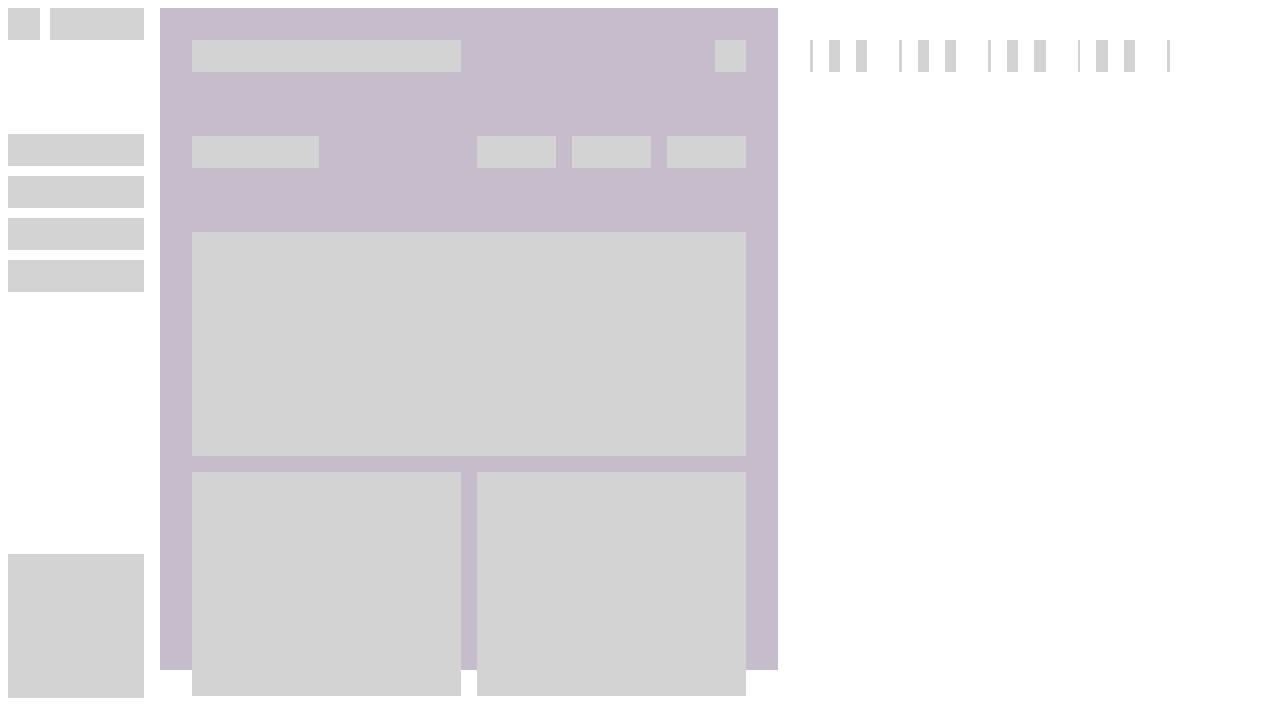
Repository: tr2cky/exercise2
Page: index.html
The author's editor kept a copy of each file at every save. The page is drawn from the files as they stood at one save, then again after the next save.
The browser window is 1280 px wide. The pictures show the whole page.

Above is the page before, as saved 2022-10-01 18:53:16.

### index.html
<!DOCTYPE html>
<html lang="en">

<head>
    <meta charset="UTF-8">
    <meta http-equiv="X-UA-Compatible" content="IE=edge">
    <meta name="viewport" content="width=device-width, initial-scale=1.0">
    <link rel="stylesheet" href="style.css">
    <title>Document</title>
</head>

<body>
    <div class="container">
        <div class="side1">
        <div id="box1"></div>
        <div id="box2"></div>
        <div id="box3"></div>
        <div id="box4"></div>
        <div id="box5"></div>
        <div id="box6"></div>
        <div id="box7"></div>
        <div id="box8"></div>
        </div>
        <main>
            <div id="boxa"></div>
            <div id="boxb"></div>
            <div id="boxc"></div>
            <div id="boxd"></div>
            <div id="boxe"></div>
            <div id="boxf"></div>
            <div id="boxg"></div>
            <div id="boxh"></div>
            <div id="boxj"></div>
        </main>
        <div class="side2">
            <div id="boxq"></div>
            <div id="boxw"></div>
            <div id="boxw"></div>
            <div id="boxw"></div>
            <div id="boxw"></div>
            <div id="boxw"></div>
            <div id="boxw"></div>
            <div id="boxw"></div>
            <div id="boxw"></div>
            <div id="boxw"></div>
            <div id="boxw"></div>
            <div id="boxw"></div>
            <div id="boxw"></div>
            <div id="boxw"></div>
            <div id="boxw"></div>
            <div id="boxw"></div>
            <div id="boxw"></div>
        </div>
    </div>
</body>

</html>

### style.css
.container {
    display: flex;
    flex-direction: row;
    height: 92vh;
}

main {
    flex-grow: 3;
    background-color: rgb(199, 188, 204);
    display: grid;
    grid-template-columns: repeat(12, 1fr);
    grid-auto-rows: 2em;
    grid-gap: 1em;
    padding: 2em;
}

.side1 {
    flex-grow: 1;
    display: grid;
    grid-template-columns: 1fr 3fr;
    grid-auto-rows: 2em;
    grid-gap: 10px;
    margin-right: 1em;
}

.side2 {
    flex-grow: 1;
}

.side1 div,
main div,
.side2 div {
    background-color: lightgray;
}

#box3 {
    grid-column: 1/3;
    grid-row: 8;
    justify-self: start;
}

#box4 {
    grid-column: 1/3;
    grid-row: 4;
}

#box5 {
    grid-column: 1/3;
    grid-row: 5;
}

#box6 {
    grid-column: 1/3;
    grid-row: 6;
}

#box7 {
    grid-column: 1/3;
    grid-row: 7;
}

#box8 {
    grid-column: 1/3;
    grid-row: 14;
    height: 9em;
}

#boxa {
    grid-column: 1/7;
}

#boxb {
    grid-column: 12;
}

#boxc {
    grid-column: 1/4;
    grid-row: 3;
}
#boxd {
    grid-column: 7/9;
    grid-row: 3;
}
#boxe {
    grid-column: 9/11;
    grid-row: 3;
}
#boxf {
    grid-column: 11/13;
    grid-row: 3;
}
#boxg {
    grid-row: 5/10;
    grid-column: 1/13
}
#boxh {
    grid-row: 10/15;
    grid-column: 1/7;
}
#boxj {
    grid-row: 10/15;
    grid-column: 7/13;
}
.side2 {
    display: grid;
    grid-template-columns: repeat(5, 1fr 4fr 4fr 0fr);
    grid-gap: 1em;
    grid-auto-rows: 2em;
    padding: 2em;
}
/*#boxq {
    border-radius: 50%;
}
#boxw {
    grid-area: 1 / 2 / 1 / 6;
}*/

After the next save:
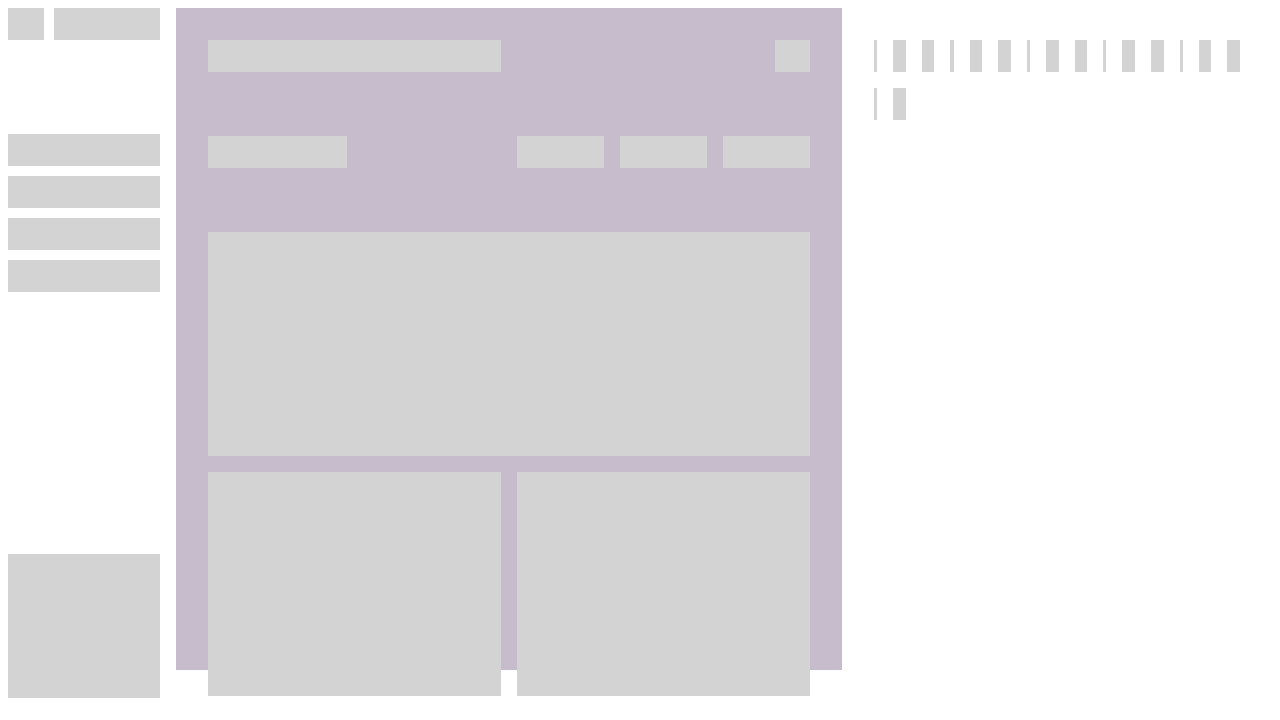
Saved 15 s later.
--- a/style.css
+++ b/style.css
@@ -103,7 +103,7 @@ main div,
 }
 .side2 {
     display: grid;
-    grid-template-columns: repeat(5, 1fr 4fr 4fr 0fr);
+    grid-template-columns: repeat(5, 1fr 4fr 4fr);
     grid-gap: 1em;
     grid-auto-rows: 2em;
     padding: 2em;
